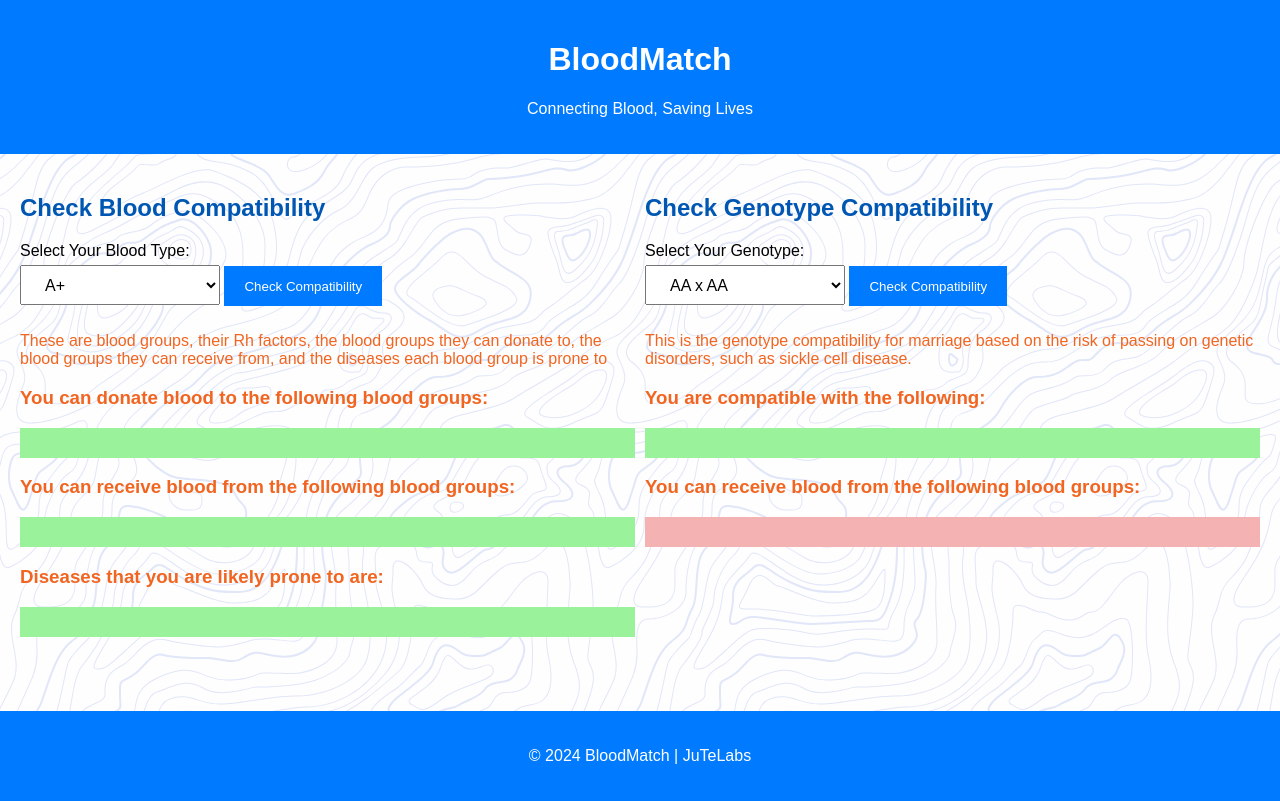
Repository: JuliusMonday/BloodMatch
Page: index.html
An editor plug-in stored every save of this project. The page is shown before and after the next save, followed by the edit.
The browser window is 1280 px wide. The pictures show the whole page.

Above is the page before, as saved 2024-05-03 12:09:38.

After the next save:
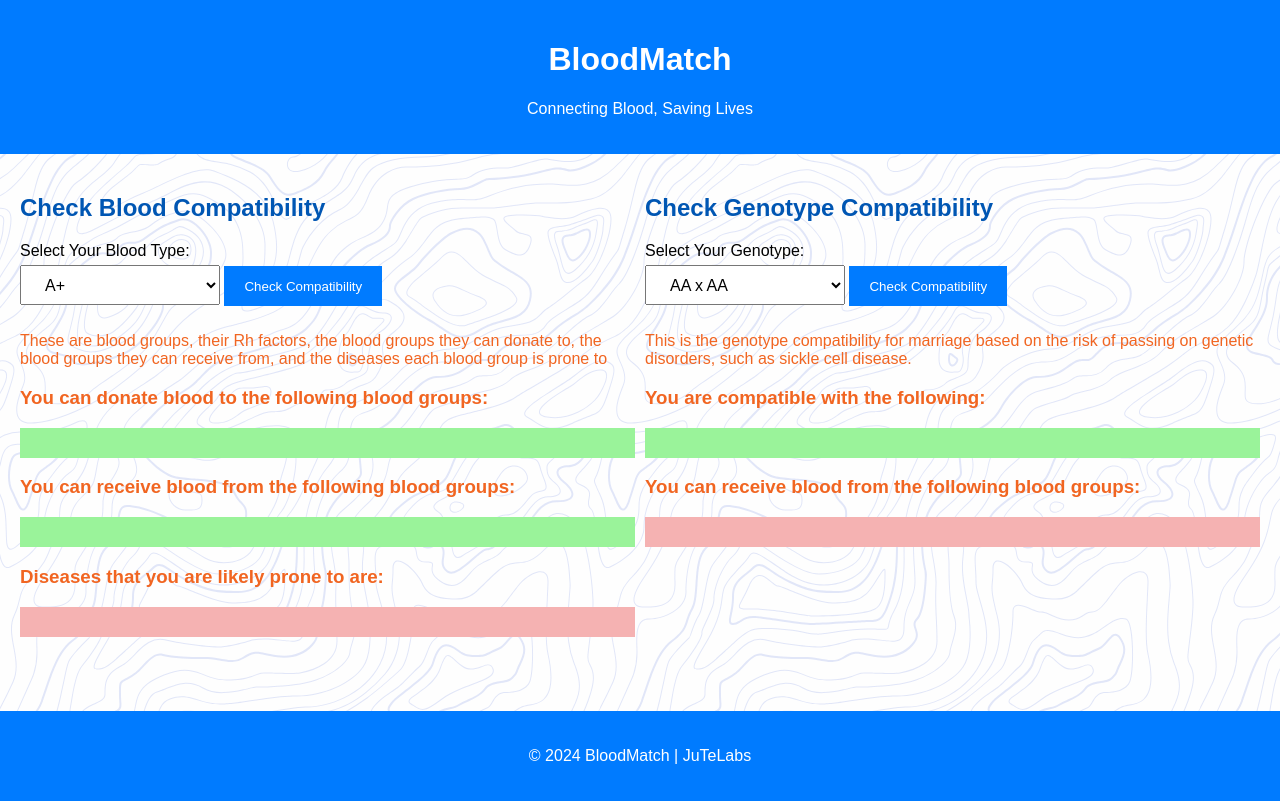
Saved 23 s later.
--- a/index.html
+++ b/index.html
@@ -38,7 +38,7 @@
         </div>
         <div class="disease">
           <h3>Diseases that you are likely prone to are:</h3>
-          <p id="diseases" style="background-color:rgb(154, 243, 154); padding:15px; font-weight: bold;"></p>
+          <p id="diseases" style="background-color:rgb(245, 178, 178); padding:15px; font-weight: bold;"></p>
       </div>
       </div>
     </section>
